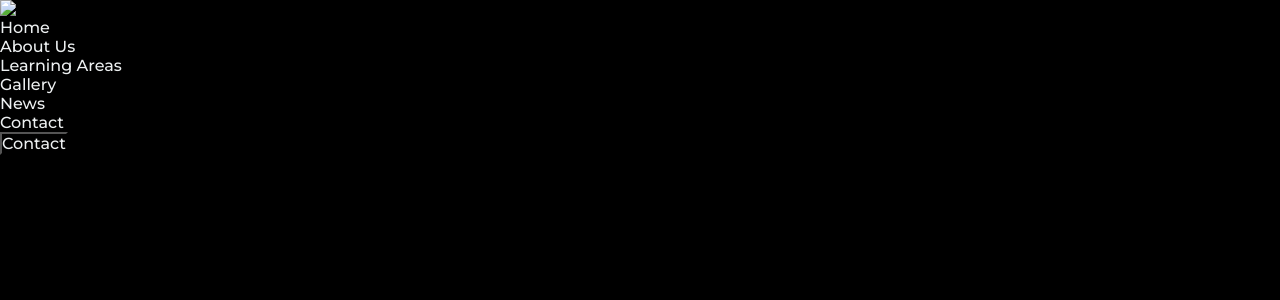
Repository: hkhaidhir/Mock-Website
Page: index.html
These files come from the project's save history. The page is drawn as it stood at one moment and after the next save; the edit follows.
The browser window is 1280 px wide. The pictures show the whole page.

Above is the page before, as saved 2023-03-01 20:30:53.

After the next save:
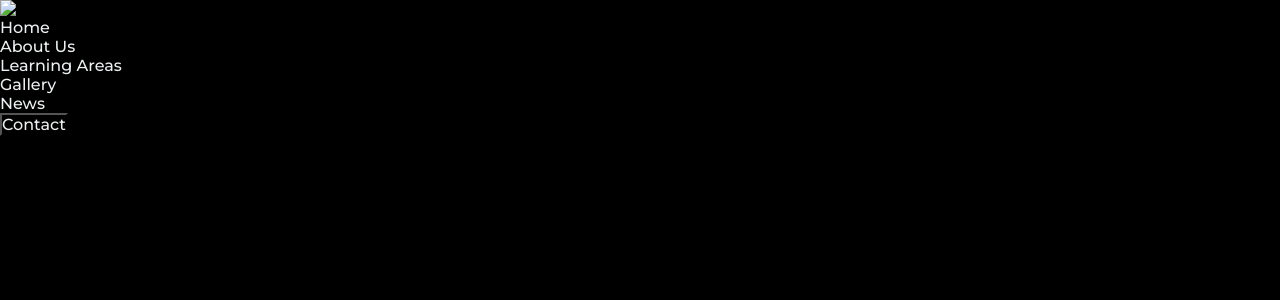
Saved 22 s later.
--- a/index.html
+++ b/index.html
@@ -19,7 +19,6 @@
                 <li><a href="#">Learning Areas</a></li>
                 <li><a href="#">Gallery</a></li>
                 <li><a href="#">News</a></li>
-                <li><a href="#">Contact</a></li>
             </ul>
         </nav>
         <a class="cta" href="#"><button>Contact</button></a>
